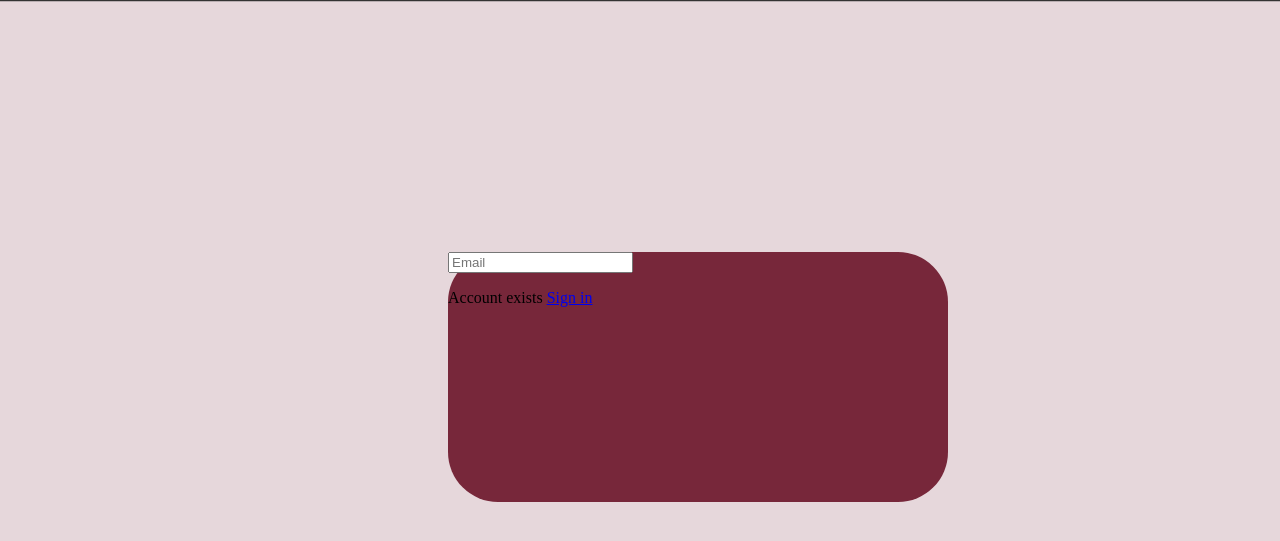
Repository: Kotya2001/FuzzyOps-App
Page: /register (app in frontend/my-app/)
These files come from the project's save history. The page is drawn as it stood at one moment and after the next save; the edit follows.
The browser window is 1280 px wide. The pictures show the whole page.
The project was rebuilt for these pictures with package versions that can differ from the ones it lists, and the page was loaded fresh each time. Also part of the build but not shown: frontend/my-app/src/pages/Item.js, frontend/my-app/src/pages/Base.js, frontend/my-app/src/pages/Login.js, frontend/my-app/src/pages/Resources.js.

Above is the page before, as saved 2022-09-18 17:42:57.

After the next save:
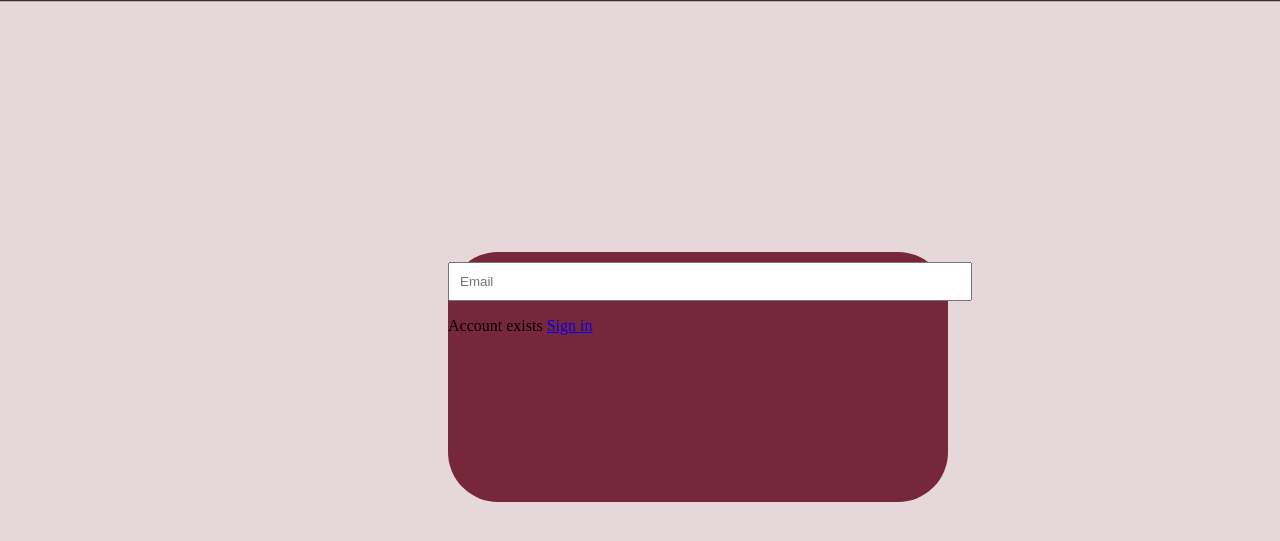
Saved 7 s later.
--- a/frontend/my-app/src/Styles.css
+++ b/frontend/my-app/src/Styles.css
@@ -108,7 +108,10 @@ body {
 }
 
 input {
-
+  display:block;
+  width:100%;
+  margin:10px 0;
+  padding:10px;
 }
 
 @font-face {
